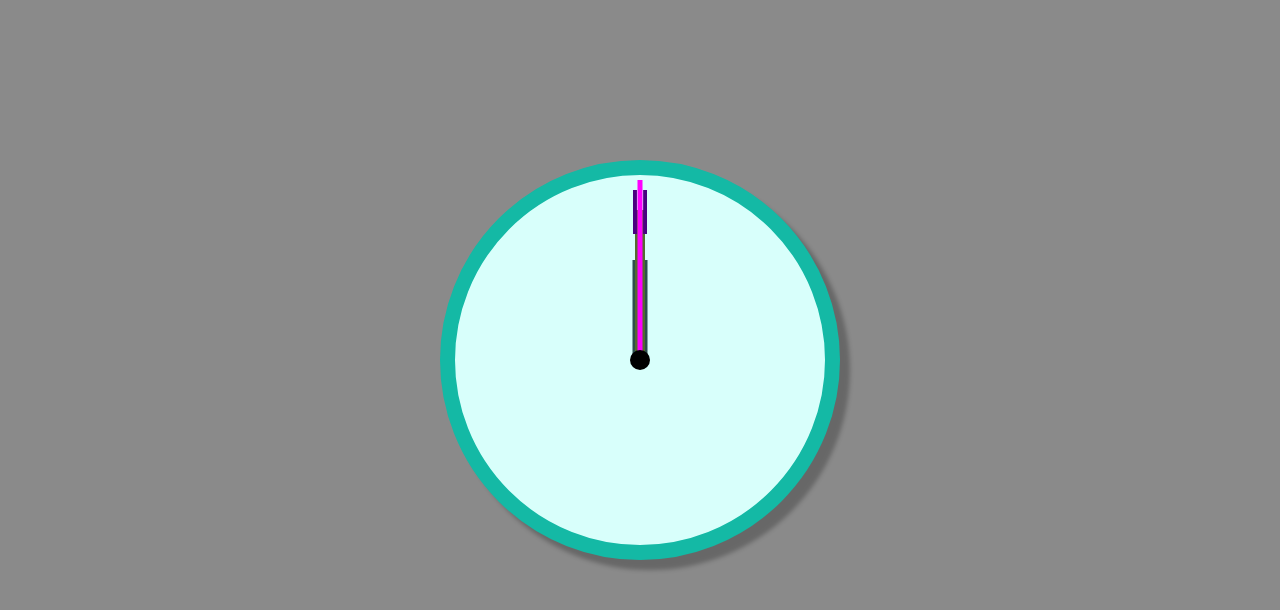
Repository: ChenWarren/web-clock
Page: index.html
These files come from the project's save history. The page is drawn as it stood at one moment and after a run of saves; the edit follows.
The browser window is 1280 px wide. The pictures show the whole page.

Above is the page before, as saved 2021-03-18 21:39:00.

### index.html
<!DOCTYPE html>
<html lang="en">
<head>
    <meta charset="UTF-8">
    <meta http-equiv="X-UA-Compatible" content="IE=edge">
    <meta name="viewport" content="width=device-width, initial-scale=1.0">
    <link rel="stylesheet" href="main.css">
    <title>Clock</title>
</head>
<body>
    <main class="clock">
        <div class="hour"></div>
        <div class="minute"></div>
        <div class="second"></div>
        <div class="center_dot"></div>

        <!-- <div class="number num_1">
            <h2>||</h2>
        </div>
        <div class="number num_3">
            <h2 class="">||</h2>
        </div>
        <div class="number num_6">
            <h2>||</h2>
        </div>
        <div class="number num_9">
            <h2>||</h2>
        </div> -->

        <div class="number dot_1"></div>
        <div class="number dot_2"></div>
        <div class="number dot_3">
            <h2>||</h2>
        </div>
        <div class="number dot_4"></div>
        <div class="number dot_5"></div>
        <div class="number dot_6">
            <h2>||</h2>
        </div>
        <div class="number dot_7"></div>
        <div class="number dot_8"></div>
        <div class="number dot_9">
            <h2>||</h2>
        </div>
        <div class="number dot_10"></div>
        <div class="number dot_11"></div>
        <div class="number dot_12">
            <h2>||</h2>
        </div>
    </main>

    <script src="clock.js"></script>

</body>
</html>

### main.css
* {
    margin: 0;
    padding: 0;
    box-sizing: border-box;
}

body {
    background-color: rgb(138, 138, 138);
    display: flex;
    justify-content: center;
    align-items: center;
    width: 100vw;
    height: 100vh;
    overflow: hidden;
}

.clock {
    width: 400px;
    height: 400px;
    border-radius: 50%;
    background: #d8fffb;
    border: 15px solid #14B9A5;
    box-sizing: border-box;
    box-shadow: 10px 10px 4px rgba(0, 0, 0, 0.25);
    position: relative;
}

.hour {
    width: 15px;
    height: 100px;
    background-color:  darkslategray;
    position: absolute;
    left: 50%;
    bottom: 50%;
    transform: translate(-50%);
}

.minute {
    width: 10px;
    height: 150px;
    background-color:darkolivegreen;
    position: absolute;
    left: 50%;
    bottom: 50%;
    transform: translate(-50%);
}

.second {
    width: 5px;
    height: 180px;
    background-color: fuchsia;
    position: absolute;
    left: 50%;
    bottom: 50%;
    transform: translate(-50%);
}

.center_dot {
    background-color: #000;
    width: 20px;
    height: 20px;
    border-radius: 50%;
    position: absolute;
    left: 50%;
    bottom: 50%;
    transform: translate(-50%, 50%);
}

.number {
    display: flex;
    height: 370px;
    width: 370px;
    padding-top: 5px;
    justify-content: center;
    color: indigo;
    position: absolute;
    font-size: 2rem;
}

.num_3 {
    transform: rotate(90deg);
}

.num_6 {
    transform: rotate(180deg);
}

.num_9 {
    transform: rotate(270deg);
}

Loaded but not shown: clock.js (no copy from this time; the picture is the same without it)

After the next 3 saves:
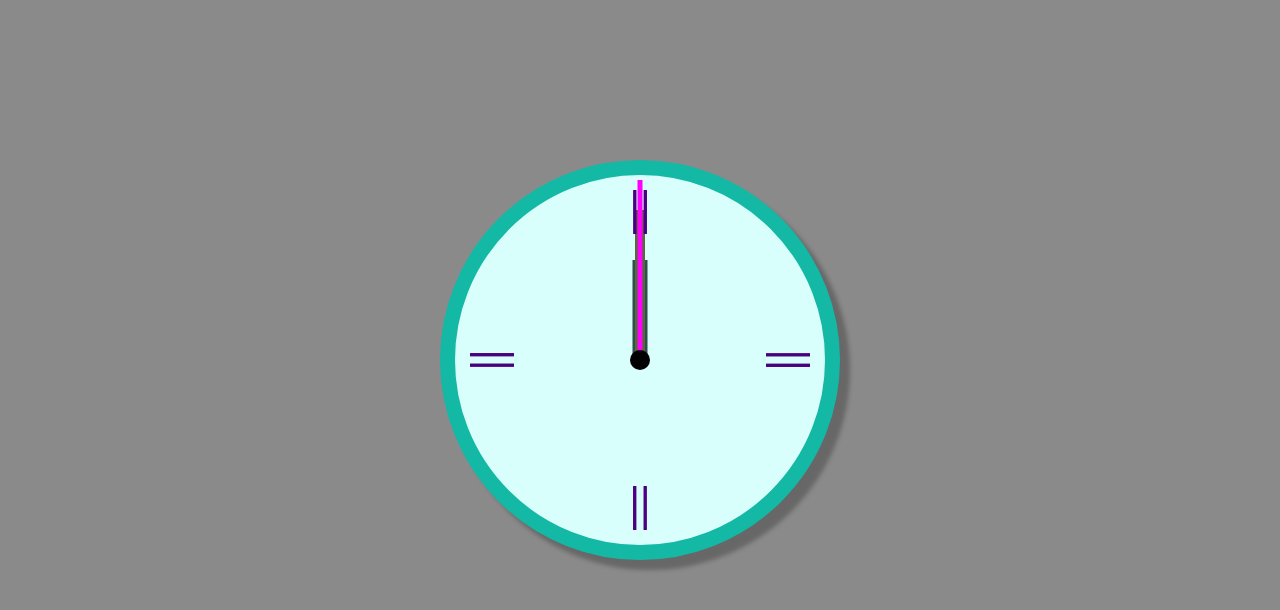
The 3 saves are shown as one change because they came seconds apart.
The last was saved 14 s later.
--- a/main.css
+++ b/main.css
@@ -77,14 +77,14 @@ body {
     font-size: 2rem;
 }
 
-.num_3 {
+.dot_3 {
     transform: rotate(90deg);
 }
 
-.num_6 {
+.dot_6 {
     transform: rotate(180deg);
 }
 
-.num_9 {
+.dot_9 {
     transform: rotate(270deg);
 }
